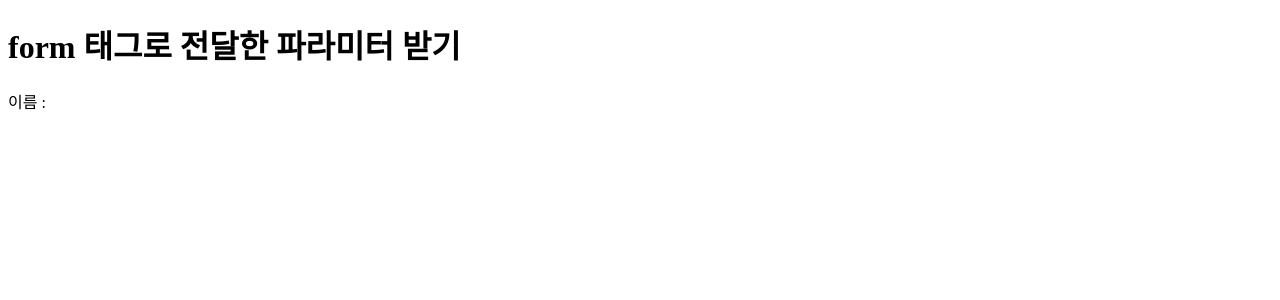
Repository: havanara/240411_JSTL_Project
Page: http://localhost/jstl_study/step-4.jsp
These files come from the project's save history. The page is drawn as it stood at one moment and after the next save; the edit follows.
The browser window is 1280 px wide. The pictures show the whole page.
The page is served by Tomcat 9.

Above is the page before, as saved 2024-04-11 03:16:52.

After the next save:
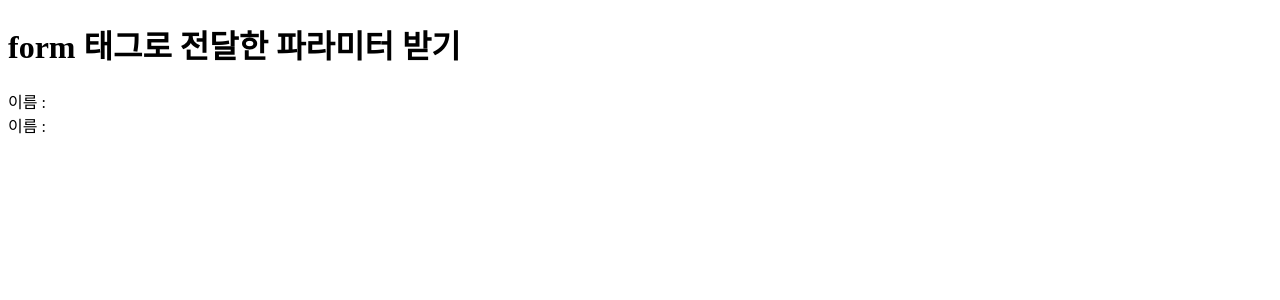
Saved 7 s later.
--- a/jstl_study/src/main/webapp/step-4.jsp
+++ b/jstl_study/src/main/webapp/step-4.jsp
@@ -10,6 +10,7 @@
 
 <h1>form 태그로 전달한 파라미터 받기</h1>
 이름 : ${param.name } <br>
+이름 : ${param.age } <br>
 
 
 </body>
